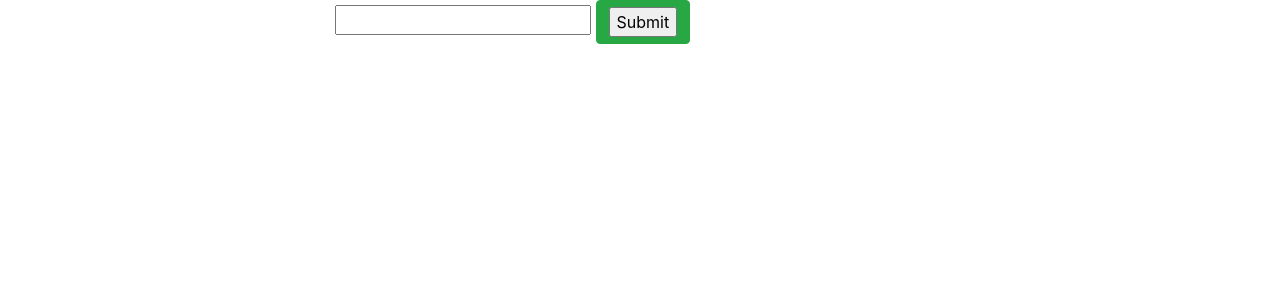
Repository: prashantkumarbind/Hospital-Weather-Concept
Page: http://localhost/weather-app/
These files come from the project's save history. The page is drawn as it stood at one moment and after the next save; the edit follows.
The browser window is 1280 px wide. The pictures show the whole page.
The page is served by Tomcat 9. Other server files are loaded and not shown.

Above is the page before, as saved 2024-01-19 04:25:47.

### weather-app/src/main/webapp/index.jsp
<%@ page language="java" contentType="text/html; charset=ISO-8859-1"
    pageEncoding="ISO-8859-1"%>
<!DOCTYPE html>
<html>
<head>
<meta charset="ISO-8859-1">
<meta charset="utf-8">
<meta name="viewport" content="width=device-width, initial-scale=1, shrink-to-fit=no">
<link rel="stylesheet" href="https://cdn.jsdelivr.net/npm/bootstrap@4.6.2/dist/css/bootstrap.min.css"
>
<title>weather app</title>
</head>
<body>

		<section class="form-top-header header-top">
			<div class="container-fluid">
				<div class="row justify-content-center">
					<div class="col-6 form controller">
						<form action="FormDataController" method="Post">
							 <div class="form-design">
							 	<input type="text" name="city_name" class="">
							 	<button class="btn btn-success"><input type="submit"></button>
							 </div>
						</form>
					</div>
				</div>
			</div>
		</section>

 <!-- <script src="https://cdn.jsdelivr.net/npm/jquery@3.5.1/dist/jquery.slim.min.js"></script>
 <script src="https://cdn.jsdelivr.net/npm/bootstrap@4.6.2/dist/js/bootstrap.bundle.min.js"></script>
 -->
</body>
</html>

After the next save:
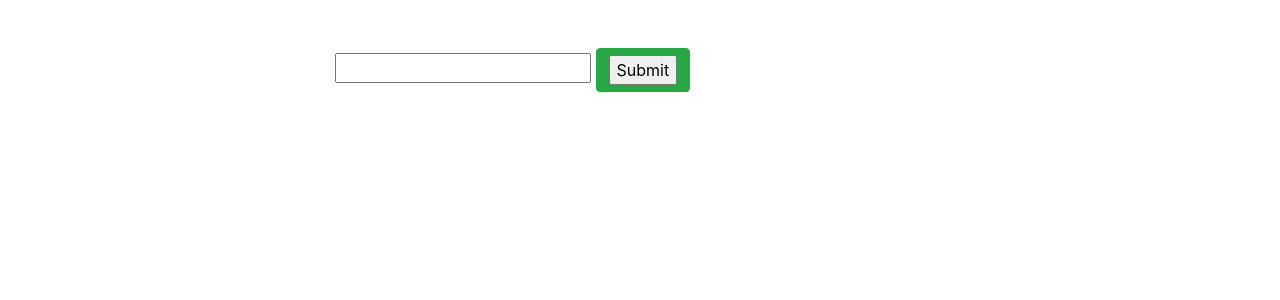
Saved 40 s later.
--- a/weather-app/src/main/webapp/index.jsp
+++ b/weather-app/src/main/webapp/index.jsp
@@ -12,7 +12,7 @@
 </head>
 <body>
 
-		<section class="form-top-header header-top">
+		<section class="form-top-header header-top mt-5">
 			<div class="container-fluid">
 				<div class="row justify-content-center">
 					<div class="col-6 form controller">
